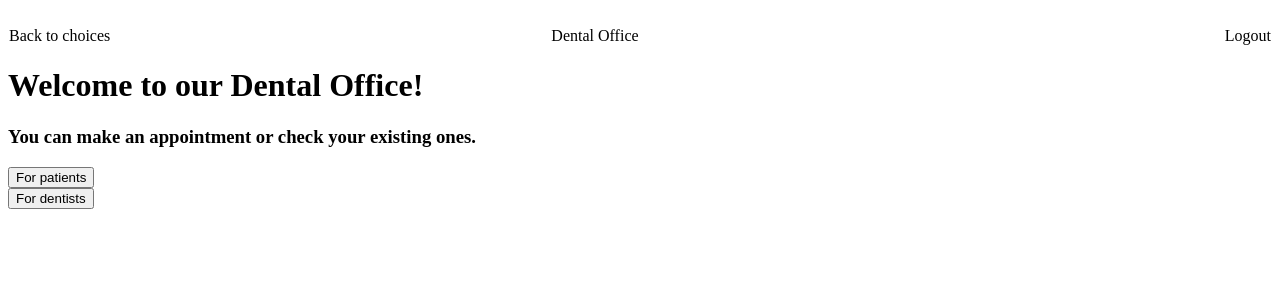
Repository: ThEgIGN/DentalOfficeWebApplication
Page: http://localhost/DentalOfficeWEB/
The author's editor kept a copy of each file at every save. The page is drawn from the files as they stood at one save, then again after a run of saves.
The browser window is 1280 px wide. The pictures show the whole page.
The page is served by Tomcat 9. Nobody is signed in. The application's start-up code is not run.

Above is the page before, as saved 2023-06-16 10:09:31.

After the next 2 saves:
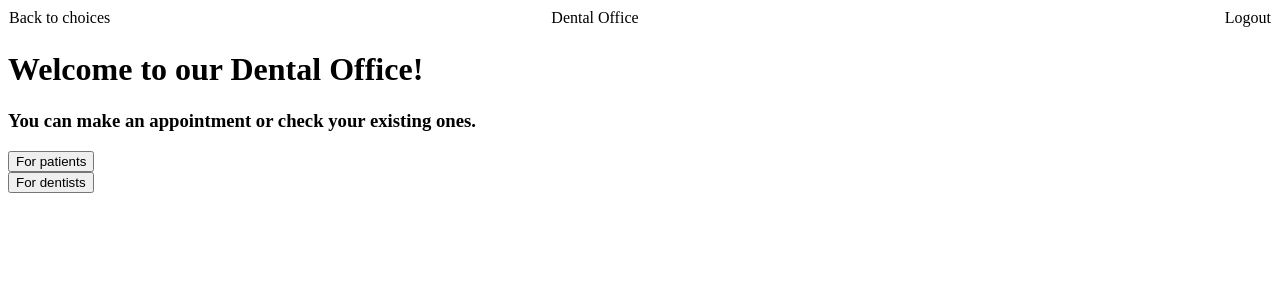
The 2 saves are shown as one change because they came seconds apart.
The last was saved 15 s later.
--- a/DentalOfficeProject/DentalOfficeWEB/src/main/webapp/index.jsp
+++ b/DentalOfficeProject/DentalOfficeWEB/src/main/webapp/index.jsp
@@ -14,7 +14,7 @@
 			<td>Dental Office</td>
 			<td style="text-align: right">Logout</td>
 		</tr>
-		<br>
+		<tr><td></td></tr>
 	</table>
 	<h1>Welcome to our Dental Office!</h1>
 	<h3>You can make an appointment or check your existing ones.</h3>
